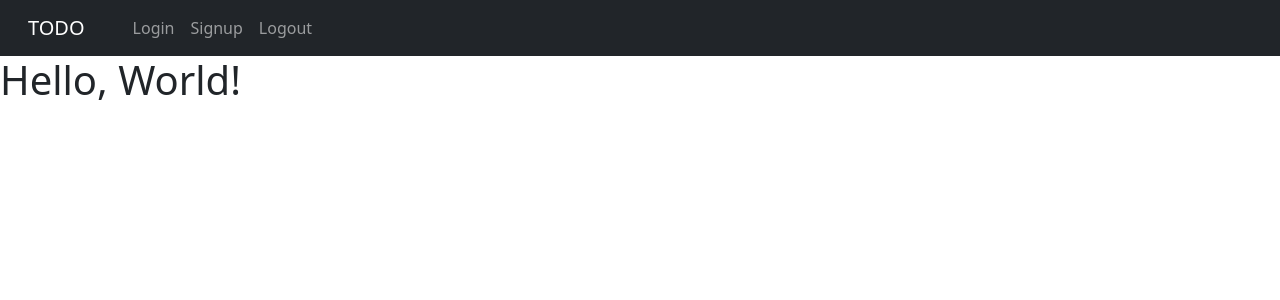
Repository: Anamikatiwari/Todo
Page: http://localhost/login/
These files come from the project's save history. The page is drawn as it stood at one moment and after the next save; the edit follows.
The browser window is 1280 px wide. The pictures show the whole page.
The page is served by the project's application, run on Django 5.2 (manage.py).

Above is the page before, as saved 2024-08-25 18:20:17.

After the next save:
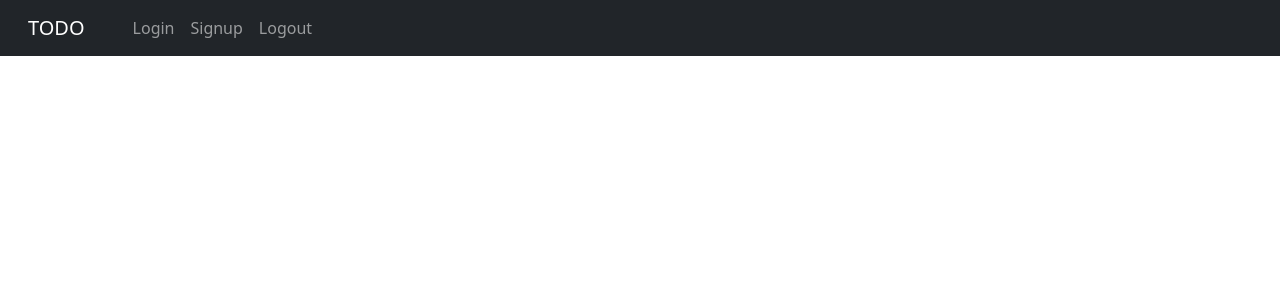
Saved 16 s later.
--- a/app/templates/login.html
+++ b/app/templates/login.html
@@ -4,7 +4,7 @@
 
 {% block content %}
 <div>
-  <h1>Hello, World!</h1>
+
 </div>
 {% endblock content %}
   <h1>Login Page</h1>
